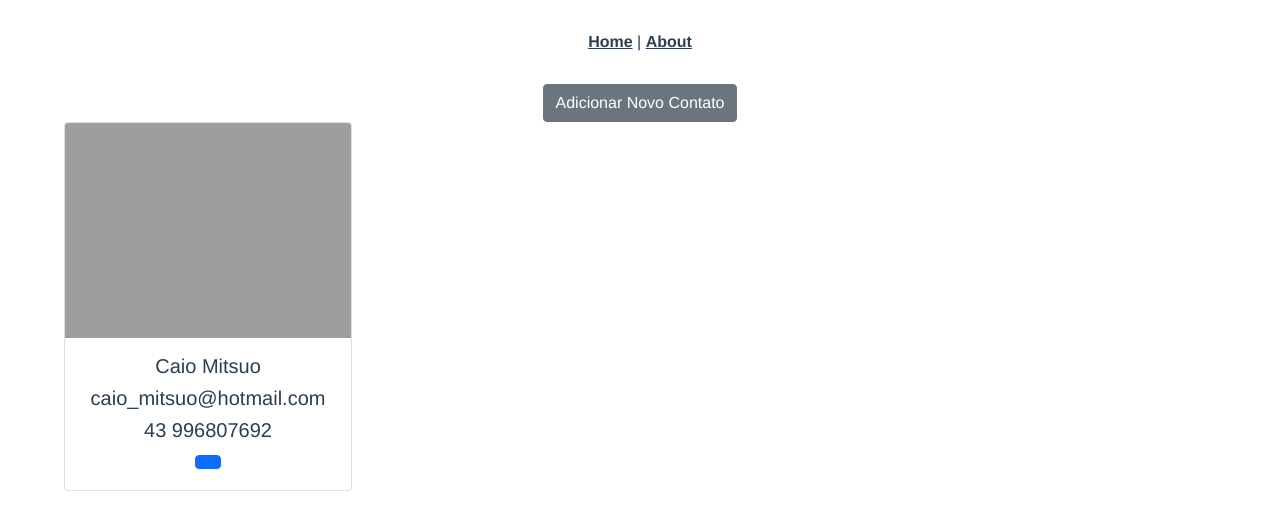
Repository: caiomitsuo/ContactsVueJs
Page: /lista
The author's editor kept a copy of each file at every save. The page is drawn from the files as they stood at one save, then again after the next save.
The browser window is 1280 px wide. The pictures show the whole page.
Pictures or frames that could not be fetched are drawn as grey boxes. The page's requests for data from a server got no answer. The project was rebuilt for these pictures with package versions that can differ from the ones it lists, and the page was loaded fresh each time. No one was signed in, and anything a server would have sent is missing. Also part of the build but not shown: vue.config.js, src/components/HelloWorld.vue, src/views/HomeView.vue.

Above is the page before, as saved 2022-04-30 13:00:29.

After the next save:
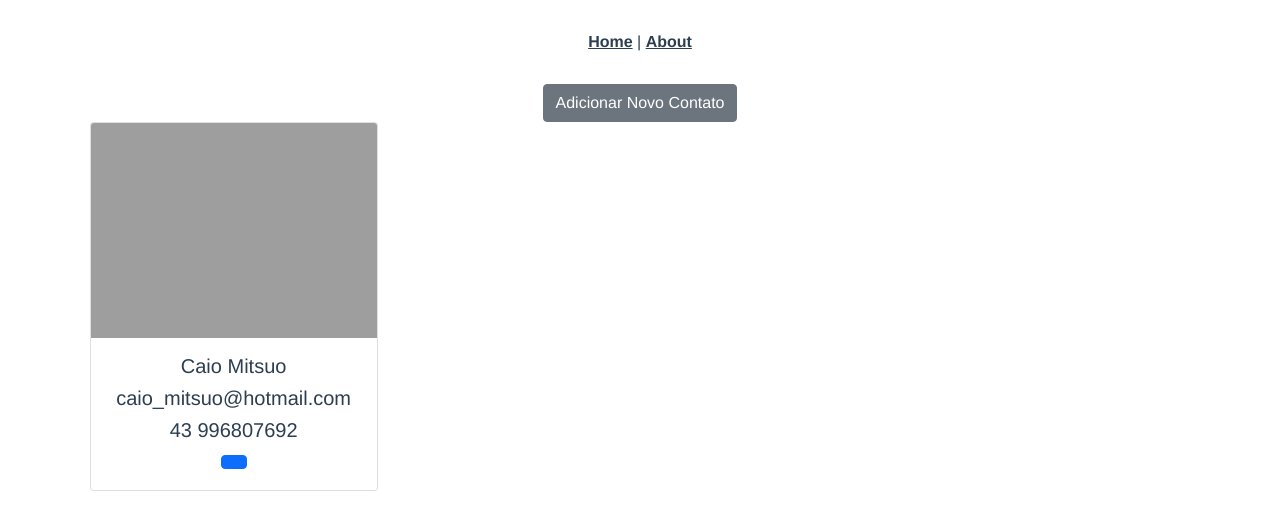
Saved 23 s later.
--- a/src/views/ListView.vue
+++ b/src/views/ListView.vue
@@ -86,6 +86,7 @@
 <style lang="css" scoped>
 .card-container{
   margin-left: 5vw;
+  padding-left: 2vw;
   display: flex;
   flex-direction: row;
   align-items: flex-start;

After the save that followed:
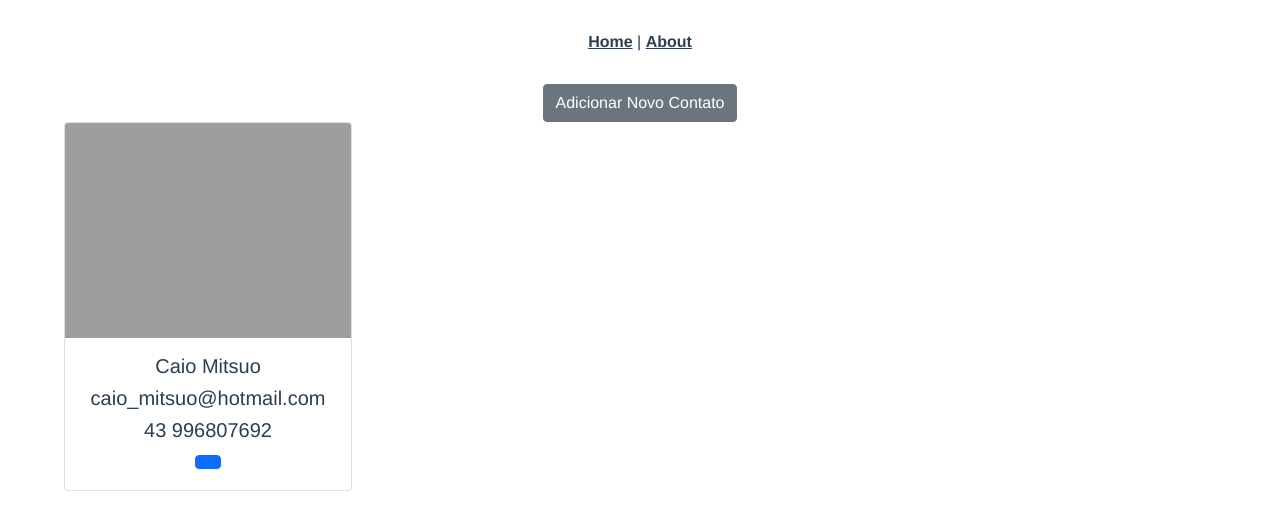
Saved 9 s later.
--- a/src/views/ListView.vue
+++ b/src/views/ListView.vue
@@ -86,7 +86,6 @@
 <style lang="css" scoped>
 .card-container{
   margin-left: 5vw;
-  padding-left: 2vw;
   display: flex;
   flex-direction: row;
   align-items: flex-start;
